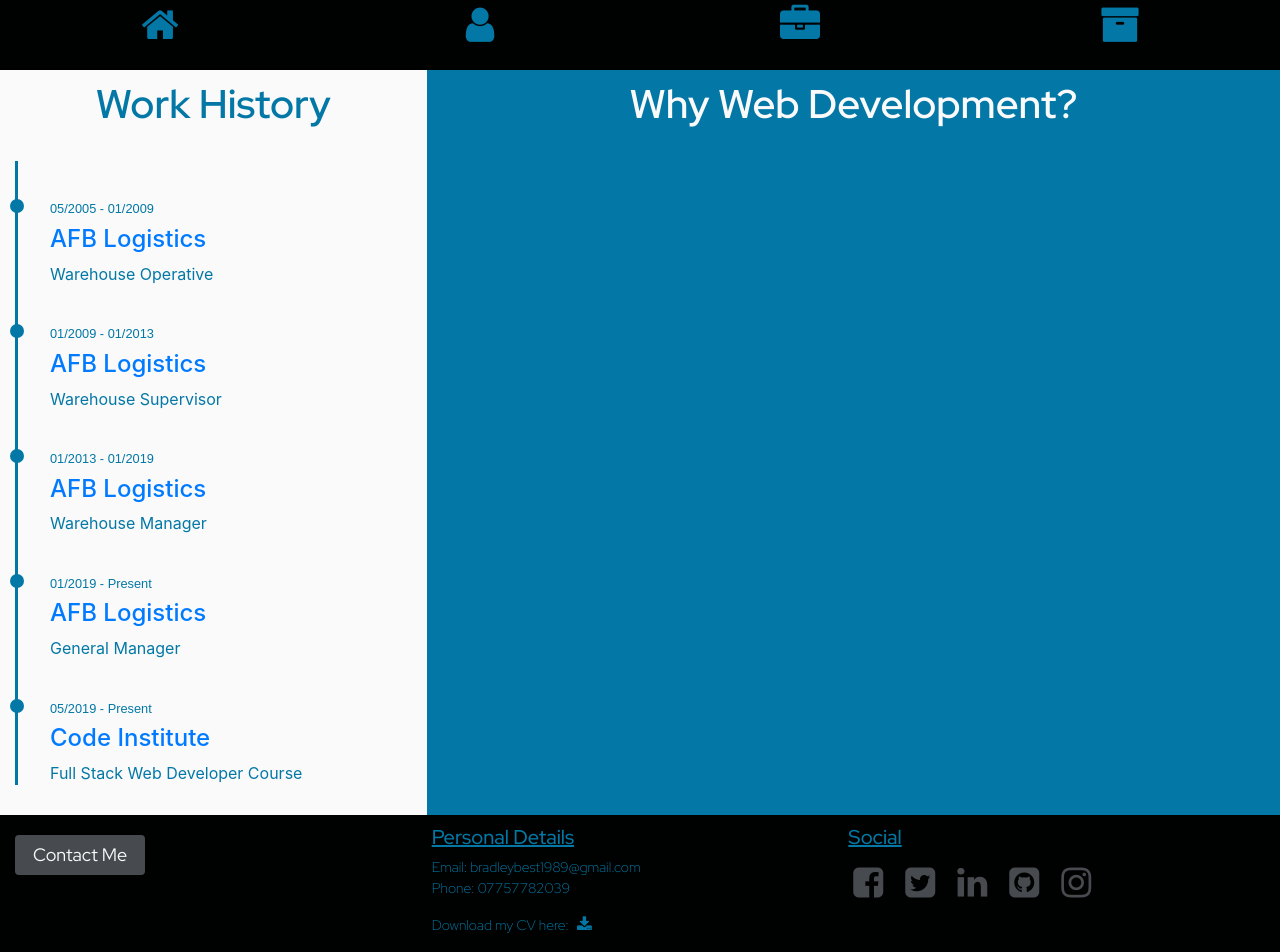
Repository: Brad000/Resume-project
Page: work-history.html
The author's editor kept a record of every edit. The page is drawn from the files as they stood at one moment, then again after the next edit.
The browser window is 1280 px wide. The pictures show the whole page.

Above is the page before.

After the next edit:
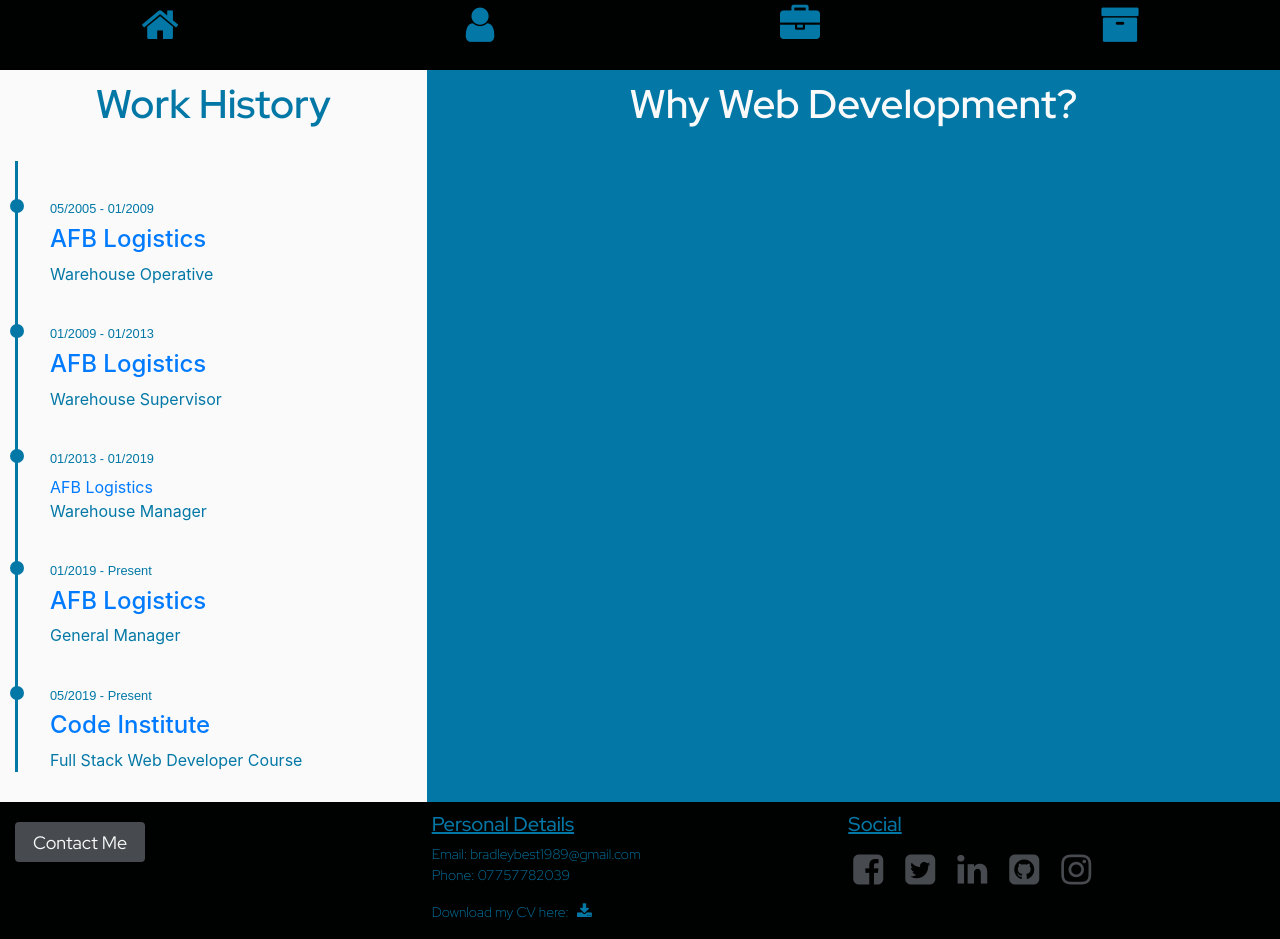
The edit:
--- a/work-history.html
+++ b/work-history.html
@@ -59,7 +59,7 @@
                     <p>Warehouse Supervisor</p>
                 </div>
                 <div class="timeline-item" data-dates="01/2013 - 01/2019">
-                    <h4><a href="https://www.google.com/maps/place/AFB+Logistics+LTD./@53.5464526,-2.5892585,15z/data=!4m5!3m4!1s0x0:0x63afc0519c773d45!8m2!3d53.5464526!4d-2.5892585" target="_blank">AFB Logistics</a></h4>
+                    <h4id="work-link"><a href="https://www.google.com/maps/place/AFB+Logistics+LTD./@53.5464526,-2.5892585,15z/data=!4m5!3m4!1s0x0:0x63afc0519c773d45!8m2!3d53.5464526!4d-2.5892585" target="_blank">AFB Logistics</a></h4>
                     <p>Warehouse Manager</p>
                 </div>
                 <div class="timeline-item" data-dates="01/2019 - Present">

After the 2 edits that followed:
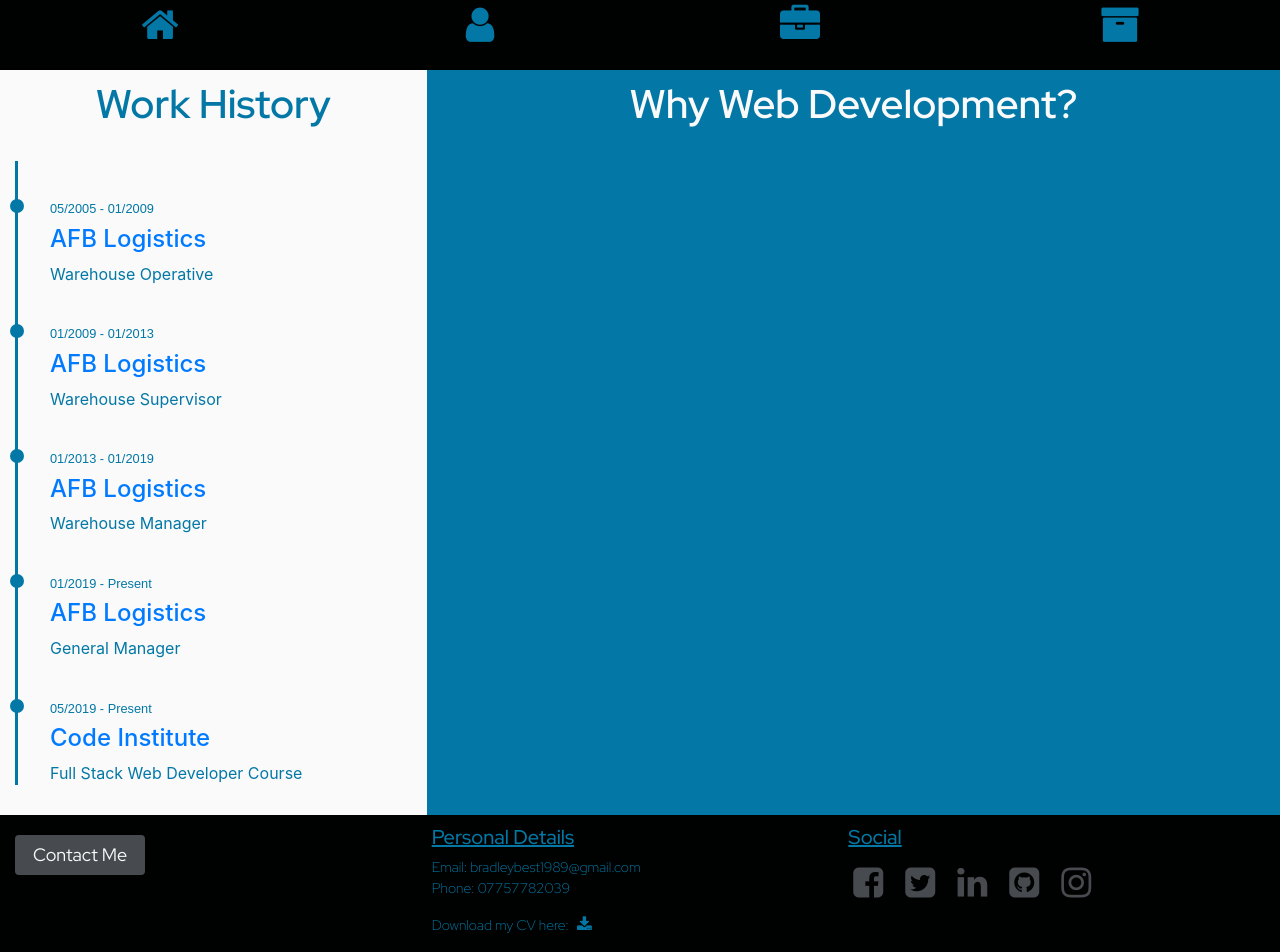
The 2 edits are shown as one change because 1 left the picture as it was.
The edit:
--- a/work-history.html
+++ b/work-history.html
@@ -59,11 +59,11 @@
                     <p>Warehouse Supervisor</p>
                 </div>
                 <div class="timeline-item" data-dates="01/2013 - 01/2019">
-                    <h4id="work-link"><a href="https://www.google.com/maps/place/AFB+Logistics+LTD./@53.5464526,-2.5892585,15z/data=!4m5!3m4!1s0x0:0x63afc0519c773d45!8m2!3d53.5464526!4d-2.5892585" target="_blank">AFB Logistics</a></h4>
+                    <h4 id="work-link"><a href="https://www.google.com/maps/place/AFB+Logistics+LTD./@53.5464526,-2.5892585,15z/data=!4m5!3m4!1s0x0:0x63afc0519c773d45!8m2!3d53.5464526!4d-2.5892585" target="_blank">AFB Logistics</a></h4>
                     <p>Warehouse Manager</p>
                 </div>
                 <div class="timeline-item" data-dates="01/2019 - Present">
-                    <h4><a href="https://www.google.com/maps/place/AFB+Logistics+LTD./@53.5464526,-2.5892585,15z/data=!4m5!3m4!1s0x0:0x63afc0519c773d45!8m2!3d53.5464526!4d-2.5892585" target="_blank">AFB Logistics</a></h4>
+                    <h4 id="work-link"><a href="https://www.google.com/maps/place/AFB+Logistics+LTD./@53.5464526,-2.5892585,15z/data=!4m5!3m4!1s0x0:0x63afc0519c773d45!8m2!3d53.5464526!4d-2.5892585" target="_blank">AFB Logistics</a></h4>
                     <p>General Manager</p>
                 </div>
                 <div class="timeline-item" data-dates="05/2019 - Present">
